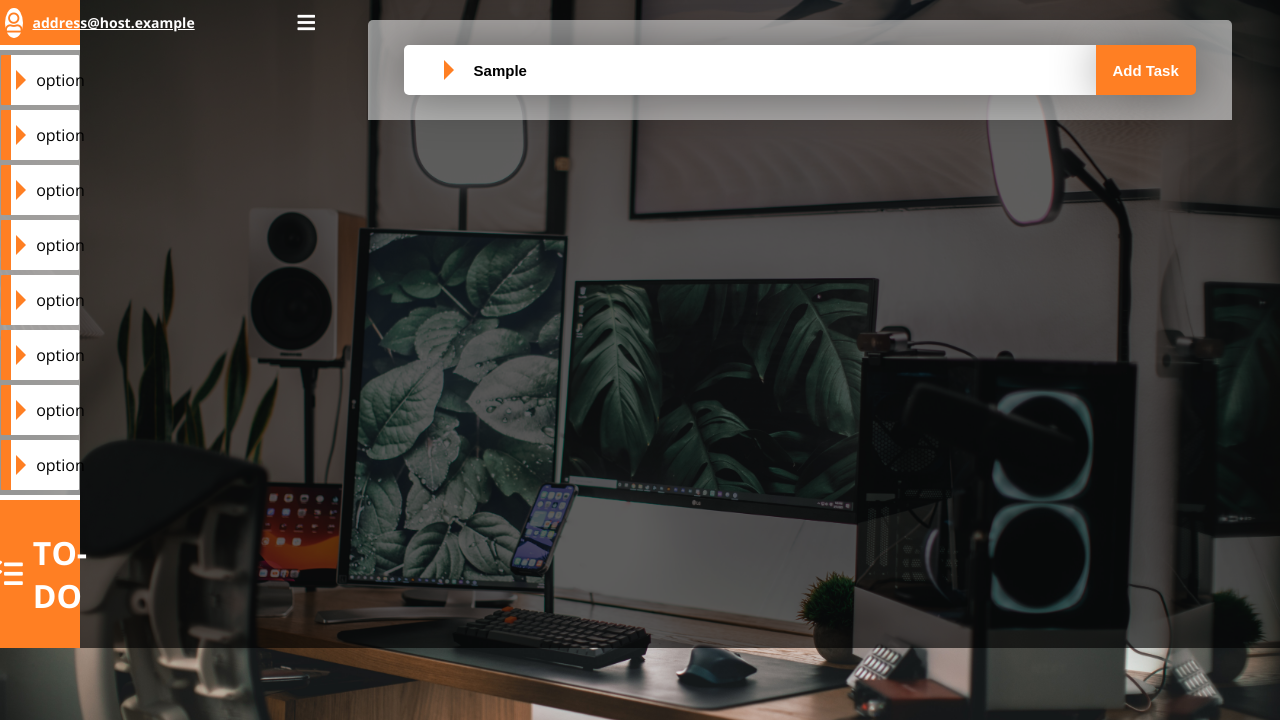
Repository: OmarEssameldinMousa/To-do-list-level01
Page: index.html
An editor plug-in stored every save of this project. The page is shown before and after the next save, followed by the edit.
The browser window is 1280 px wide. The pictures show the whole page.
Empty fields were first filled with sample values (such as "Sample", 5 or name@example.com).
After loading, the first visible `i.fa-solid` was clicked once.

Above is the page before, as saved 2023-08-08 16:59:30.

After the next save:
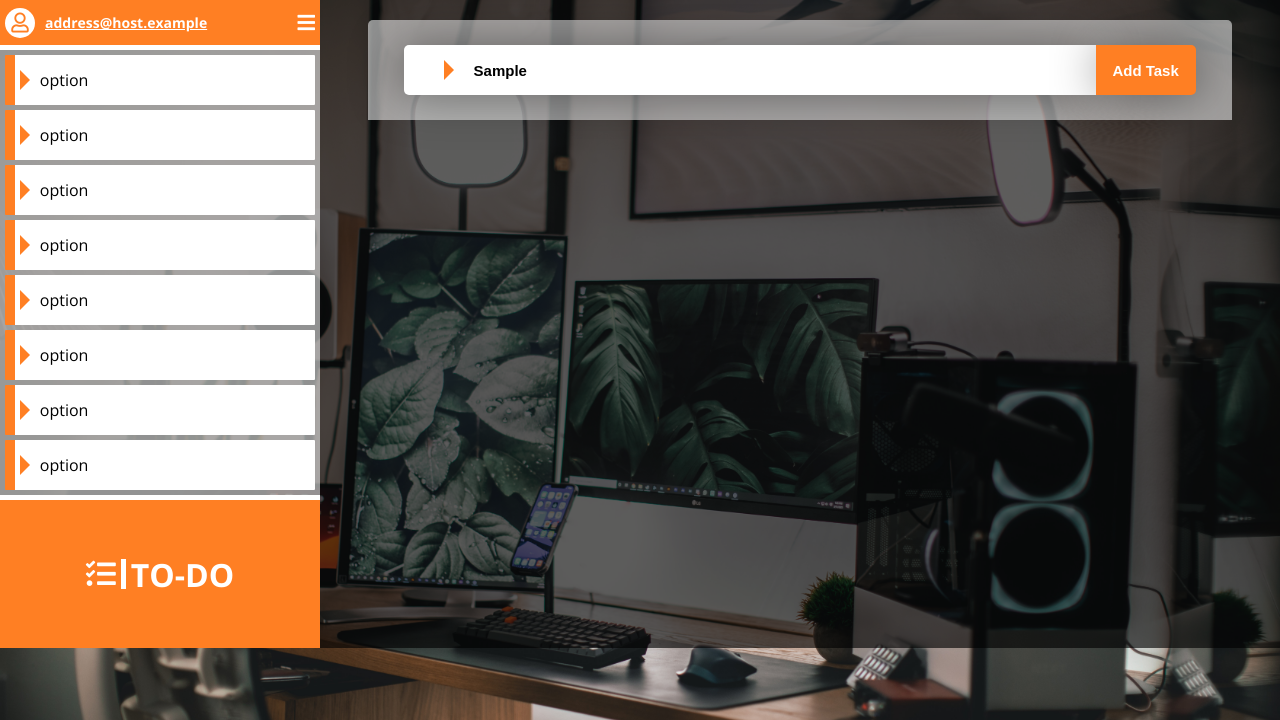
Saved 71 s later.
--- a/main.js
+++ b/main.js
@@ -97,9 +97,9 @@ menu_bars.addEventListener("click", function () {
 })
 
 menu_bars2.addEventListener("click", function () {
-    if (navdiv.children[0].style.cssText == "width: 25%;") {
-        navdiv.children[0].style.cssText = "width: 20%;"
+    if (navdiv.style.cssText == "width: 25%;") {
+        navdiv.style.cssText = "width: 20%;"
     } else {
-        navdiv.children[0].style.cssText = "width: 25%;"
+        navdiv.style.cssText = "width: 25%;"
     }
 })
